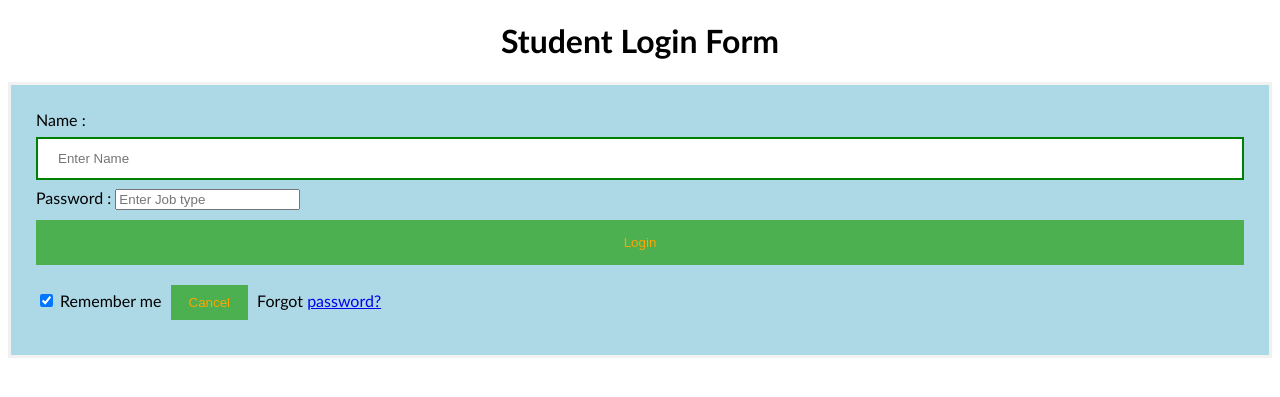
Repository: jiteshsingh1/jsp-servlet
Page: Helloworld/src/main/webapp/welcome.html
An editor plug-in stored every save of this project. The page is shown before and after the next save, followed by the edit.
The browser window is 1280 px wide. The pictures show the whole page.

Above is the page before, as saved 2022-04-11 06:22:24.

### Helloworld/src/main/webapp/welcome.html
<!DOCTYPE html>
<html>
<head>
<meta name="viewport" content="width=device-width, initial-scale=1">
<title> Register Page </title>
<style>
Body {
  font-family: Calibri, Helvetica, sans-serif;
  background-color: white;
}
button {
       background-color: #4CAF50;
       width: 100%;
        color: orange;
        padding: 15px;
        margin: 10px 0px;
        border: none;
        cursor: pointer;
         }
 form {
        border: 3px solid #f1f1f1;
    }
 input[type=text], input[type=password] {
        width: 100%;
        margin: 8px 0;
        padding: 12px 20px;
        display: inline-block;
        border: 2px solid green;
        box-sizing: border-box;
    }
 button:hover {
        opacity: 0.7;
    }
  .cancelbtn {
        width: auto;
        padding: 10px 18px;
        margin: 10px 5px;
    }


 .container {
        padding: 25px;
        background-color: lightblue;
    }
</style>
</head>
<body>
    <center> <h1> Student Login Form </h1> </center>
    <form >
        <div class="container">
            <label>Name : </label>
            <input type="text" placeholder="Enter Name" name="Name" required>
            <label>Password : </label>
            <input type="Job Type" placeholder="Enter Job type" name="Job type" >
            <button type="submit">Login</button>
            <input type="checkbox" checked="checked"> Remember me
            <button type="button" class="cancelbtn"> Cancel</button>
            Forgot <a href="#"> password? </a>
        </div>
    </form>
</body>
</html>

After the next save:
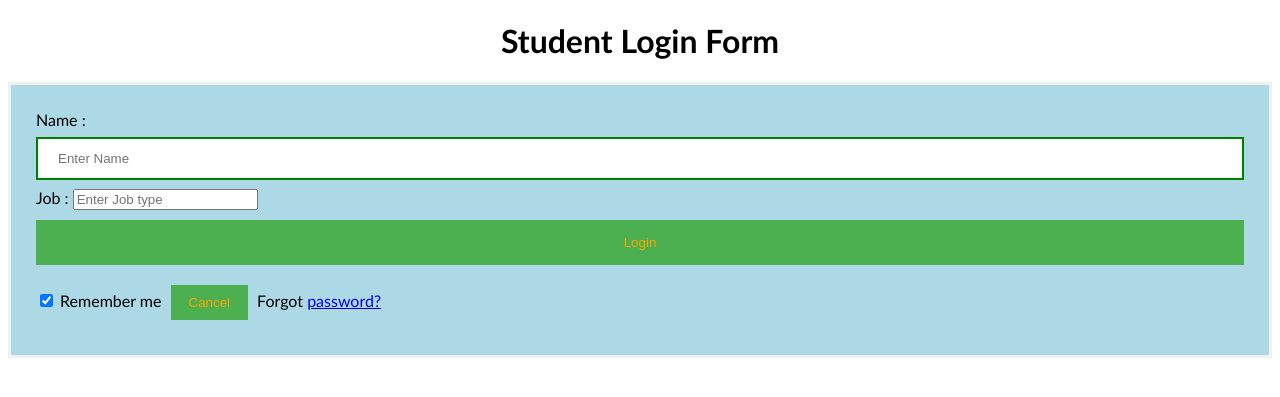
Saved 52 s later.
--- a/Helloworld/src/main/webapp/welcome.html
+++ b/Helloworld/src/main/webapp/welcome.html
@@ -50,7 +50,7 @@ button {
         <div class="container">
             <label>Name : </label>
             <input type="text" placeholder="Enter Name" name="Name" required>
-            <label>Password : </label>
+            <label>Job : </label>
             <input type="Job Type" placeholder="Enter Job type" name="Job type" >
             <button type="submit">Login</button>
             <input type="checkbox" checked="checked"> Remember me
